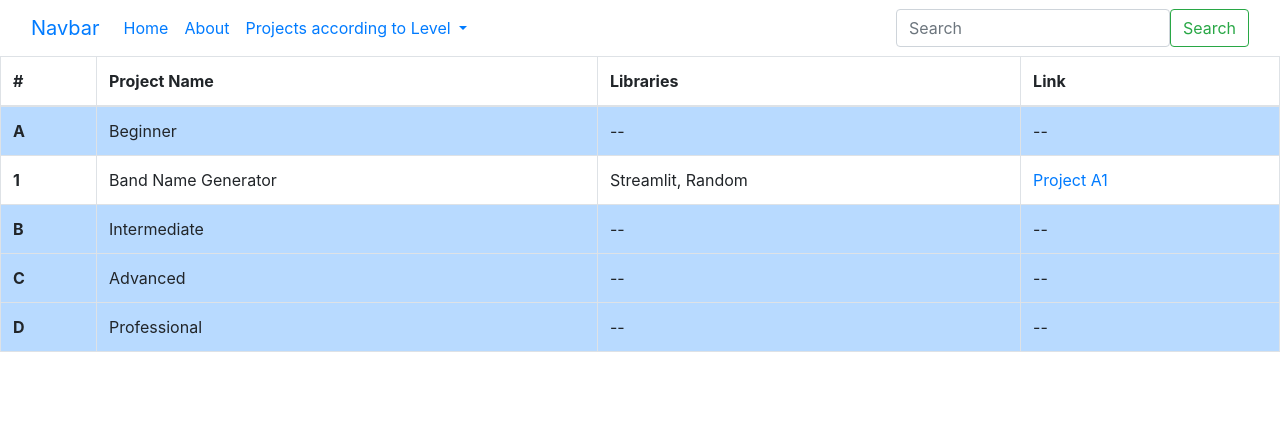
Repository: VictoriousMango/100-Python-Project
Page: index.html
The author's editor kept a copy of each file at every save. The page is drawn from the files as they stood at one save, then again after the next save.
The browser window is 1280 px wide. The pictures show the whole page.

Above is the page before, as saved 2024-05-18 02:41:18.

### index.html
<!doctype html>
<html lang="en">
  <head>
    <!-- Required meta tags -->
    <meta charset="utf-8">
    <meta name="viewport" content="width=device-width, initial-scale=1, shrink-to-fit=no">

    <!-- Bootstrap CSS -->
    <link rel="stylesheet" href="https://cdn.jsdelivr.net/npm/bootstrap@4.0.0/dist/css/bootstrap.min.css" integrity="sha384-Gn5384xqQ1aoWXA+058RXPxPg6fy4IWvTNh0E263XmFcJlSAwiGgFAW/dAiS6JXm" crossorigin="anonymous">
    <!-- Bootstrap JS -->
    <script src="https://cdn.jsdelivr.net/npm/@popperjs/core@2.11.8/dist/umd/popper.min.js" integrity="sha384-I7E8VVD/ismYTF4hNIPjVp/Zjvgyol6VFvRkX/vR+Vc4jQkC+hVqc2pM8ODewa9r" crossorigin="anonymous"></script>
    <script src="https://cdn.jsdelivr.net/npm/bootstrap@5.3.3/dist/js/bootstrap.min.js" integrity="sha384-0pUGZvbkm6XF6gxjEnlmuGrJXVbNuzT9qBBavbLwCsOGabYfZo0T0to5eqruptLy" crossorigin="anonymous"></script>
    <title>100 Python Project</title>
  </head>
  <body>
    <nav class="navbar navbar-expand-lg bg-body-tertiary">
      <div class="container-fluid">
        <a class="navbar-brand" href="#">Navbar</a>
        <button class="navbar-toggler" type="button" data-bs-toggle="collapse" data-bs-target="#navbarSupportedContent" aria-controls="navbarSupportedContent" aria-expanded="false" aria-label="Toggle navigation">
          <span class="navbar-toggler-icon"></span>
        </button>
        <div class="collapse navbar-collapse" id="navbarSupportedContent">
          <ul class="navbar-nav me-auto mb-2 mb-lg-0">
            <li class="nav-item">
              <a class="nav-link active" aria-current="page" href="#">Home</a>
            </li>
            <li class="nav-item">
              <a class="nav-link" href="#">About</a>
            </li>
            <li class="nav-item dropdown">
              <a class="nav-link dropdown-toggle" href="#" role="button" data-bs-toggle="dropdown" aria-expanded="true ">
                Projects according to Level
              </a>
              <ul class="dropdown-menu">
                <li><a class="dropdown-item" href="#Beginner">Beginner</a></li>
                <li><a class="dropdown-item" href="#Intermediate">Intermediate</a></li>
                <li><a class="dropdown-item" href="#Advanced">Advanced</a></li>
                <li><a class="dropdown-item" href="#Professional">Professional</a></li>
              </ul>
            </li>
          </ul>
        </div>
          <form class="d-flex" role="search">
            <input class="form-control me-2" type="search" placeholder="Search" aria-label="Search">
            <button class="btn btn-outline-success" type="submit">Search</button>
          </form>
      </div>
    </nav>


    <!-- Tabular Entry Start -->
    <table class="table table-bordered table-striped table table-hover">
      <thead>
        <tr>
          <th scope="col">#</th>
          <th scope="col">Project Name</th>
          <th scope="col">Libraries</th>
          <th scope="col">Link</th>
        </tr>
      </thead>
      <tbody>
        <!-- Beginner Projects -->
        <div class="Beginner" id="Beginner">
          <tr class="table-primary">
            <th scope="row">A</th>
            <td>Beginner</td>
            <td> -- </td>
            <td> -- </td>
          </tr>
          <tr>
            <th scope="row">1</th>
            <td>Band Name Generator</td>
            <td> Streamlit, Random </td>
            <td>
              <a href="https://100-python-projectg-rawnndldtq3zp8qrhnm8qe.streamlit.app/Band_Name_Generator">Project A1</a>
            </td>
          </tr>
        </div>

        <!-- Intermediate Project Links -->
        <div class="Intermediate" id="Intermediate">
          <tr class="table-primary">
            <th scope="row">B</th>
            <td>Intermediate</td>
            <td> -- </td>
            <td> -- </td>
          </tr>
        </div>

        <!-- Advanced Project Links -->
        <div class="Advanced" id="Advanced">
          <tr class="table-primary">
            <th scope="row">C</th>
            <td>Advanced</td>
            <td> -- </td>
            <td> -- </td>
          </tr>
        </div>

        <!-- Professional Links -->
        <div class="Professional" id="Professional">
          <tr class="table-primary">
            <th scope="row">D</th>
            <td>Professional</td>
            <td> -- </td>
            <td> -- </td>
          </tr>
        </div>

      </tbody>
    </table>
    <!-- Tabular Entry End -->

  </body>
</html>

After the next save:
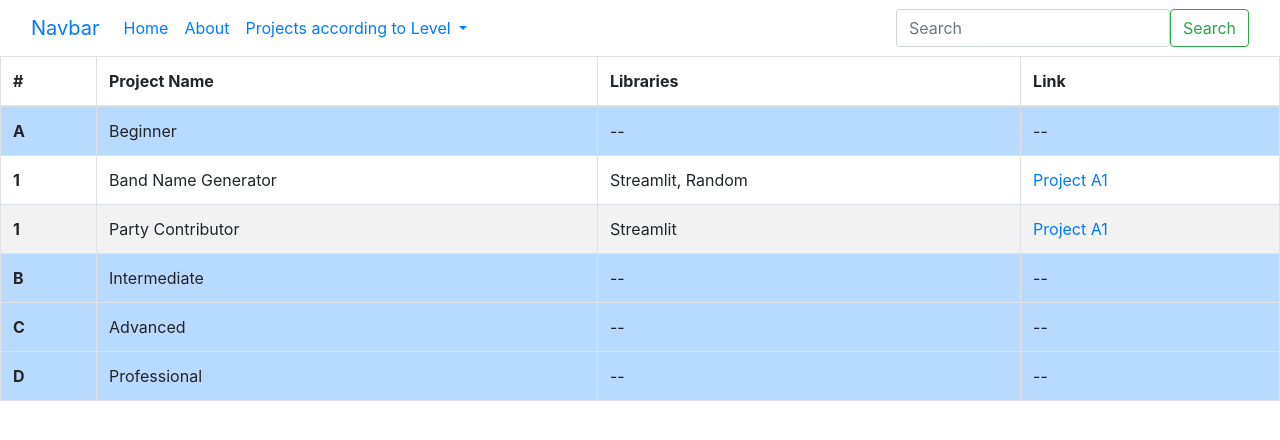
Saved 15 h 39 min later.
--- a/index.html
+++ b/index.html
@@ -75,6 +75,14 @@
               <a href="https://100-python-projectg-rawnndldtq3zp8qrhnm8qe.streamlit.app/Band_Name_Generator">Project A1</a>
             </td>
           </tr>
+          <tr>
+            <th scope="row">1</th>
+            <td>Party Contributor</td>
+            <td> Streamlit </td>
+            <td>
+              <a href="https://100-python-projectg-rawnndldtq3zp8qrhnm8qe.streamlit.app/Party_Contributor">Project A1</a>
+            </td>
+          </tr>
         </div>
 
         <!-- Intermediate Project Links -->
